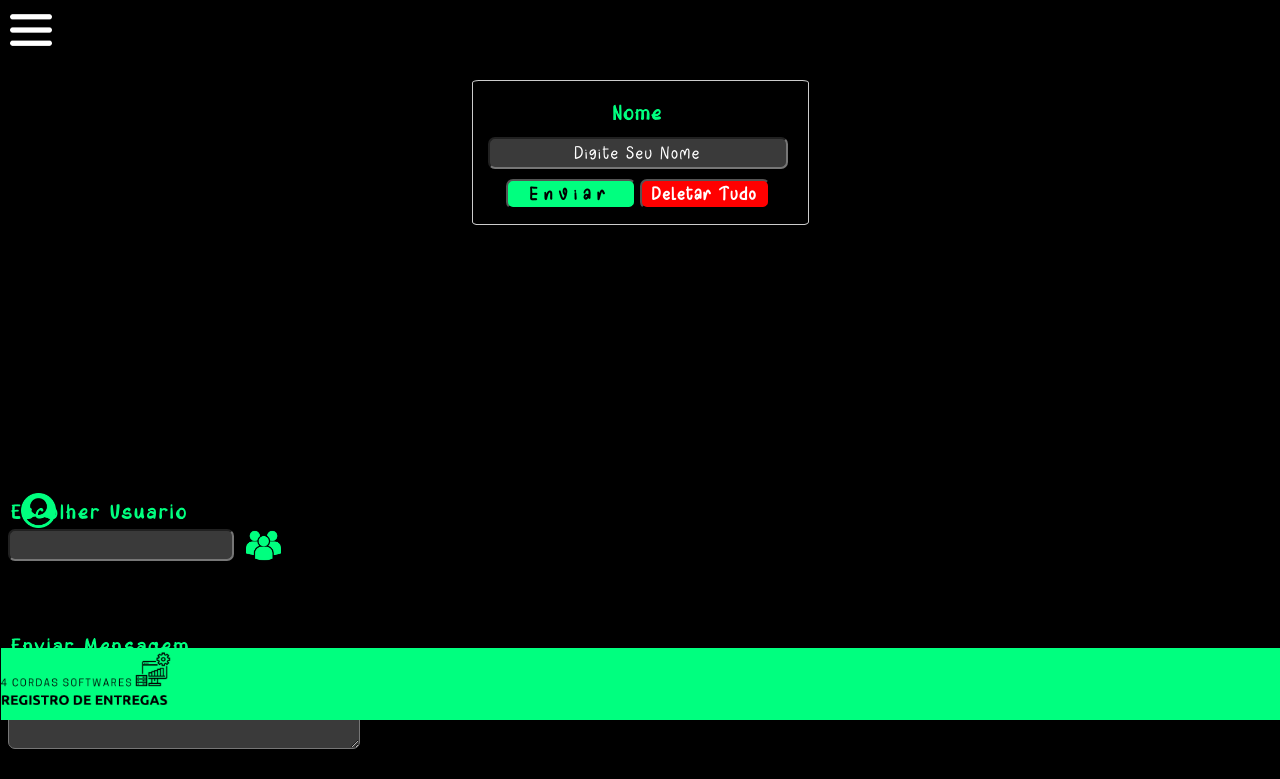
Repository: alfredo-allan/relatorioentregas
Page: pages/chatapp.html
An editor plug-in stored every save of this project. The page is shown before and after the next save, followed by the edit.
The browser window is 1280 px wide. The pictures show the whole page.
The page's requests for data from a server got no answer.

Above is the page before, as saved 2024-05-16 22:10:48.
Console error: TypeError: Cannot read properties of null (reading 'addEventListener')

After the next save:
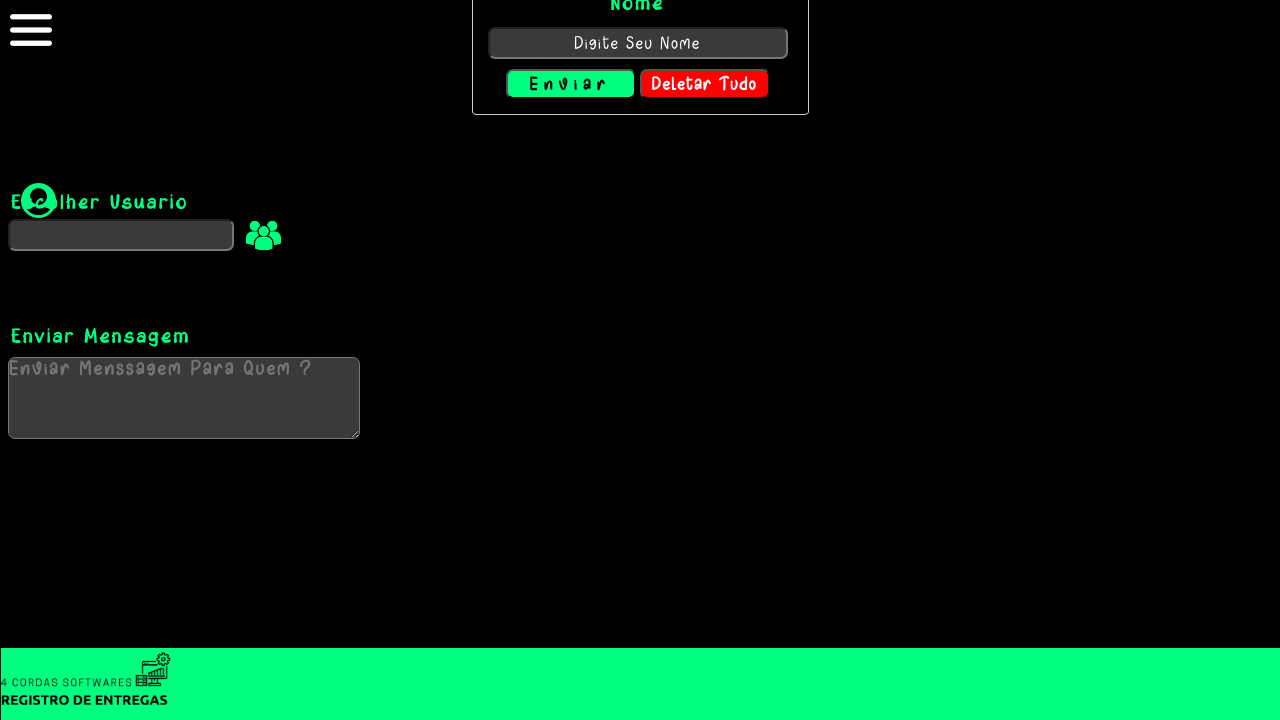
Saved 20 s later.
--- a/pages/chatapp.html
+++ b/pages/chatapp.html
@@ -95,7 +95,7 @@
         <p>Mensagem Enviada Com Sucesso!</p>
       </div>
     </div>
-    <div id="form">
+
       <div id="consulta" class="column">
         <span>Nome</span>
         <input id="nomeusuario" type="text" placeholder="Digite Seu Nome" />

After the save that followed:
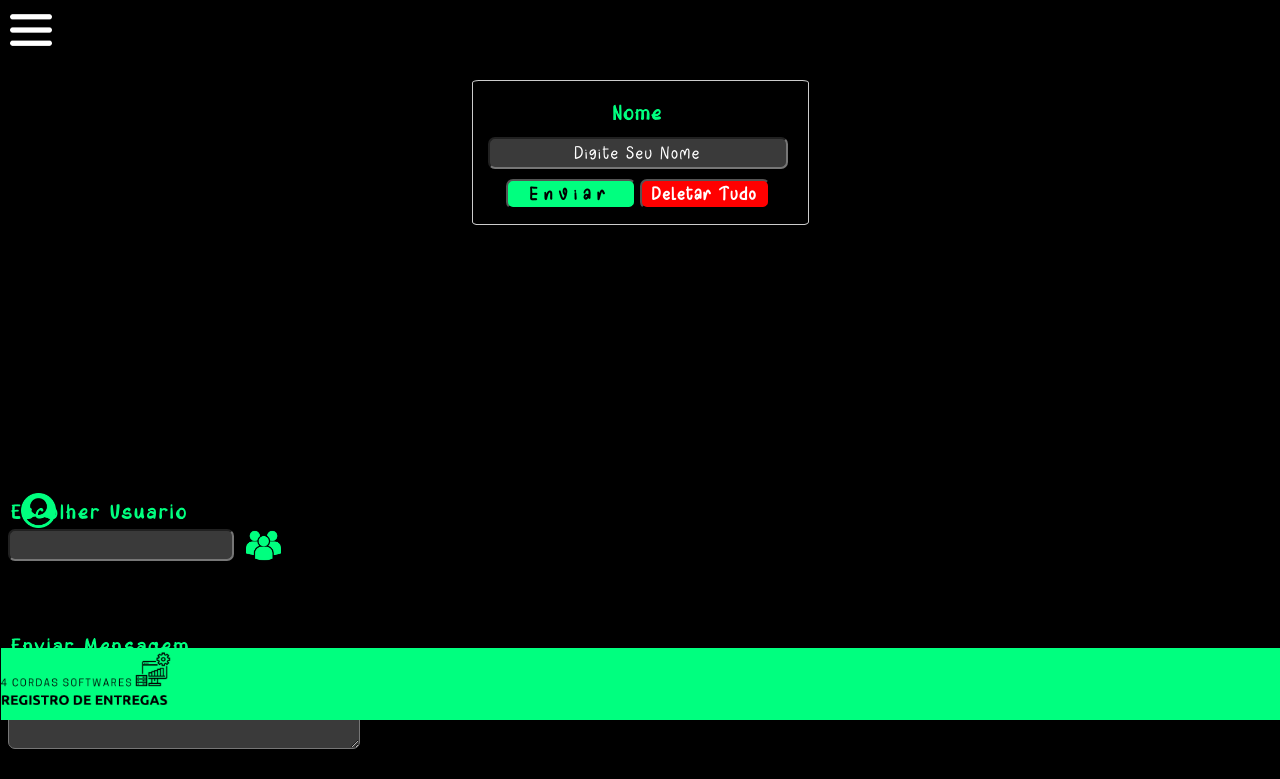
Saved 5 s later.
--- a/pages/chatapp.html
+++ b/pages/chatapp.html
@@ -95,7 +95,7 @@
         <p>Mensagem Enviada Com Sucesso!</p>
       </div>
     </div>
-
+    <div id="form">
       <div id="consulta" class="column">
         <span>Nome</span>
         <input id="nomeusuario" type="text" placeholder="Digite Seu Nome" />
